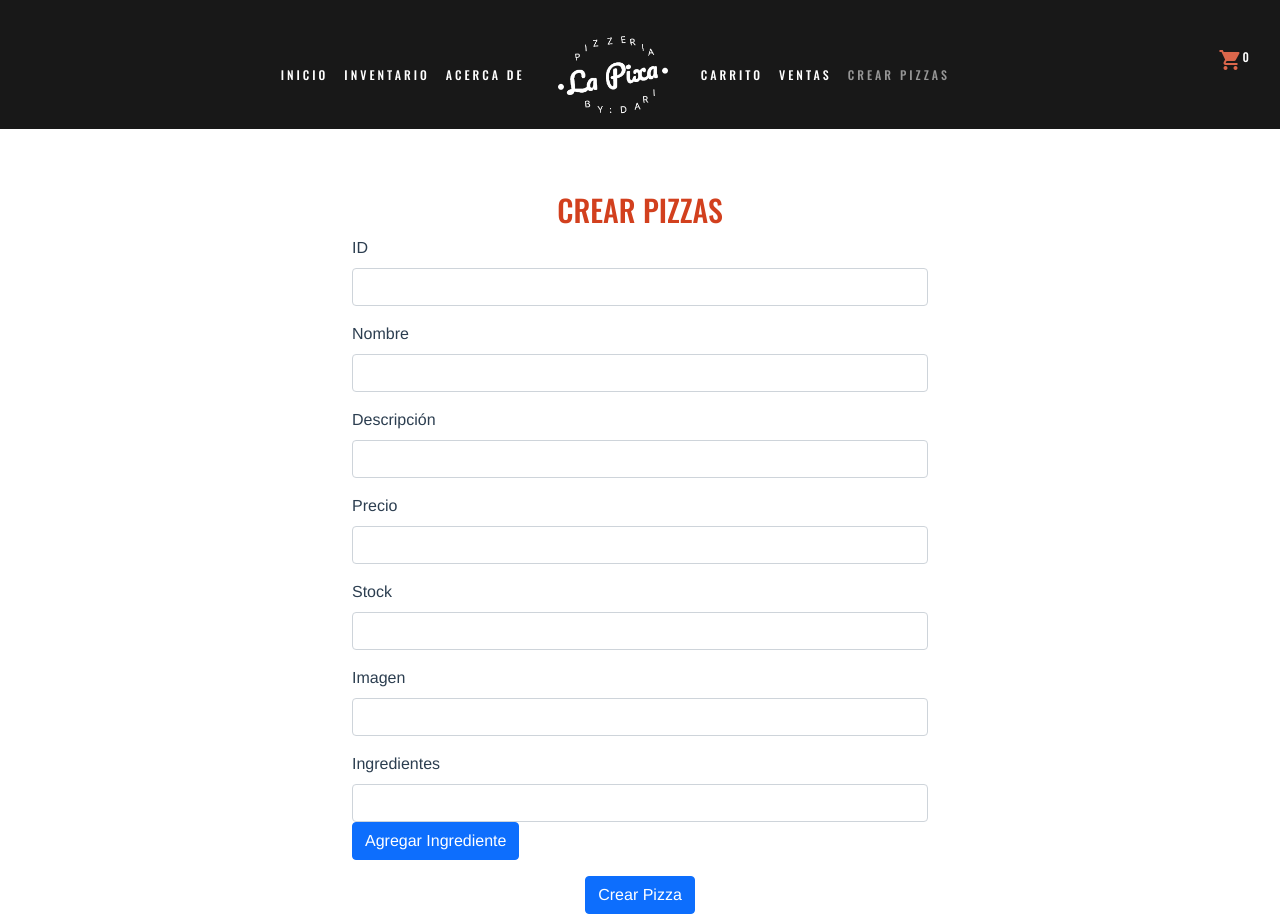
Repository: Darigo30/prueba-vue-dari-pizza
Page: /crearPizzas
These files come from the project's save history. The page is drawn as it stood at one moment and after the next save; the edit follows.
The browser window is 1280 px wide. The pictures show the whole page.
The project was rebuilt for these pictures with package versions that can differ from the ones it lists, and the page was loaded fresh each time. Also part of the build but not shown: src/views/Home.vue.

Above is the page before, as saved 2021-05-23 22:43:54.

After the next save:
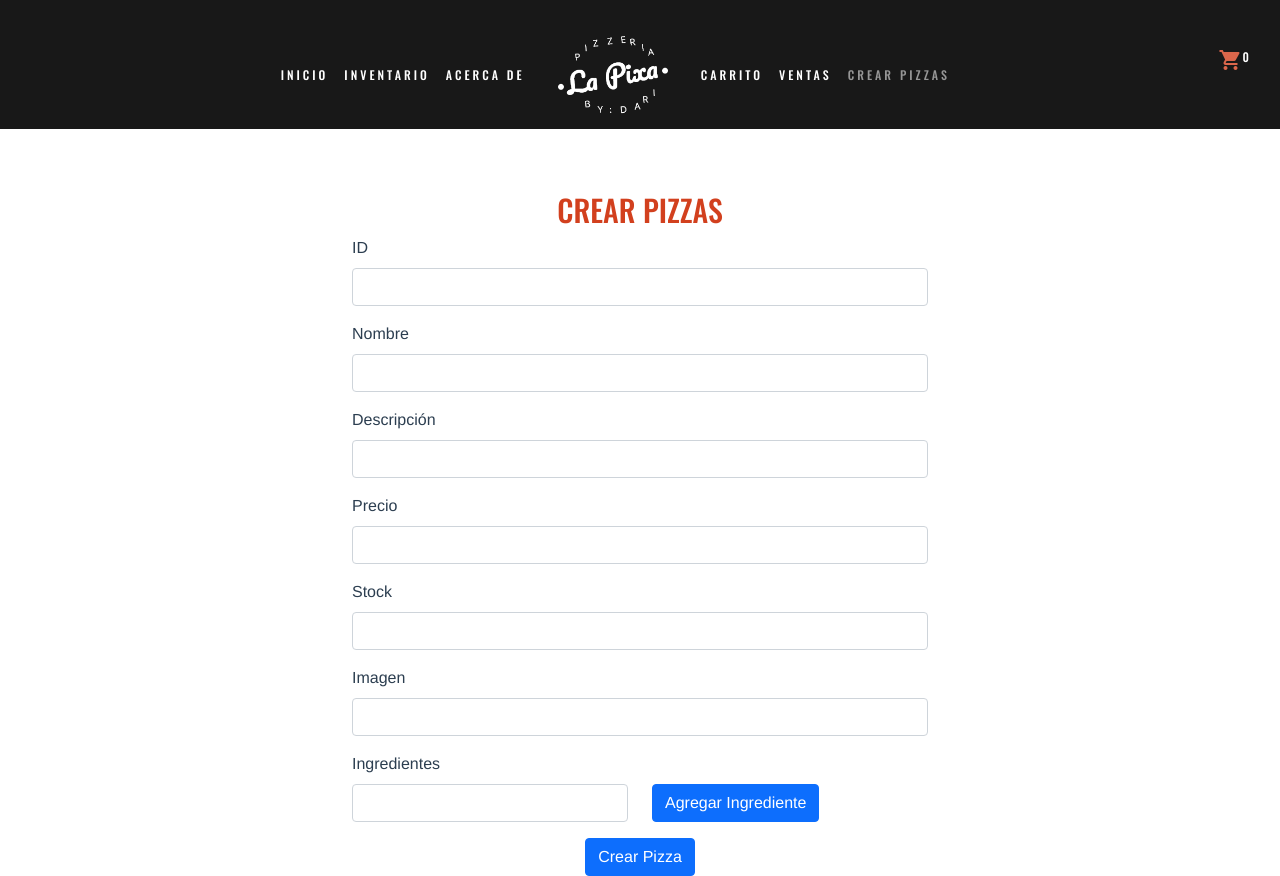
Saved 3 min 19 s later.
--- a/src/views/CrearPizzas.vue
+++ b/src/views/CrearPizzas.vue
@@ -30,14 +30,19 @@
           </div>
           <div class="mb-3 text-start">
             <label class="form-label">Ingredientes</label>
-            <input type="text"  v-model="ingrediente" class="form-control" />
-            <button @click="agregarIngrediente(ingrediente)" class="btn btn-primary">Agregar Ingrediente</button>
+            <div class="row">
+                <div class="col-sm-6">
+                    <input type="text"  v-model="ingrediente" class="form-control" />
+                </div>
+                <div class="col-sm-6">
+                    <button @click="agregarIngrediente(ingrediente)" class="btn btn-primary">Agregar Ingrediente</button>
+                </div>
+            </div>
             <div v-if="pizza.ing.length > 0">
                 <ul v-for="datos in pizza.ing" :key="datos.ing">
                     {{ datos.name }}
                 </ul>
             </div>
-
           </div>
 
         <button @click="crearPizza" class="btn btn-primary">Crear Pizza</button>
